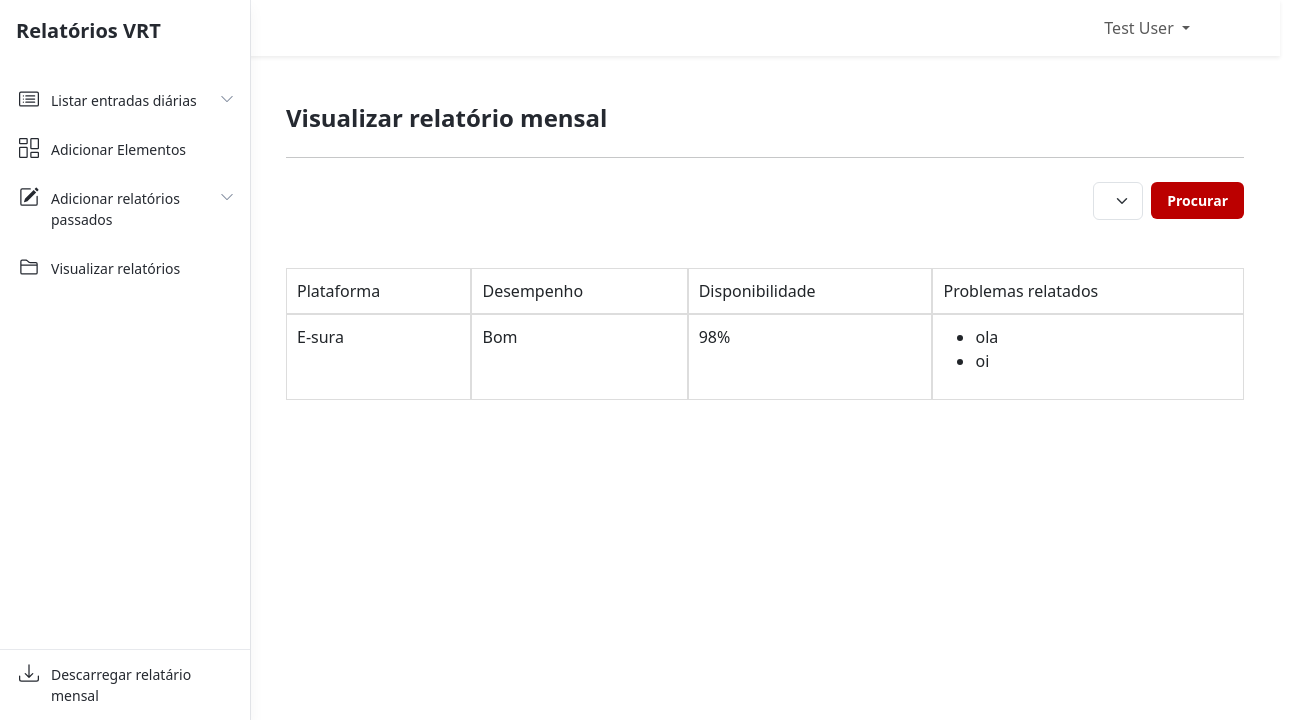
Repository: Yolanda-Marchone/Relatorios
Page: http://localhost/ver_relatorio
The author's editor kept a copy of each file at every save. The page is drawn from the files as they stood at one save, then again after a run of saves.
The browser window is 1280 px wide. The page is 1292 px wide, so the pictures cover 1292 px, including what lies to the right of the window. The pictures show the whole page.
The page is served by the project's Laravel application, run on PHP 8.4 with Laravel 10. A made-up administrator, Test User (test@example.com), is signed in. Style sheets and scripts are compiled from the project's sources, by tool versions that may differ from the author's. Queries for data that is not in the repository find no rows.

Above is the page before, as saved 2024-05-23 11:59:10.

After the next 2 saves:
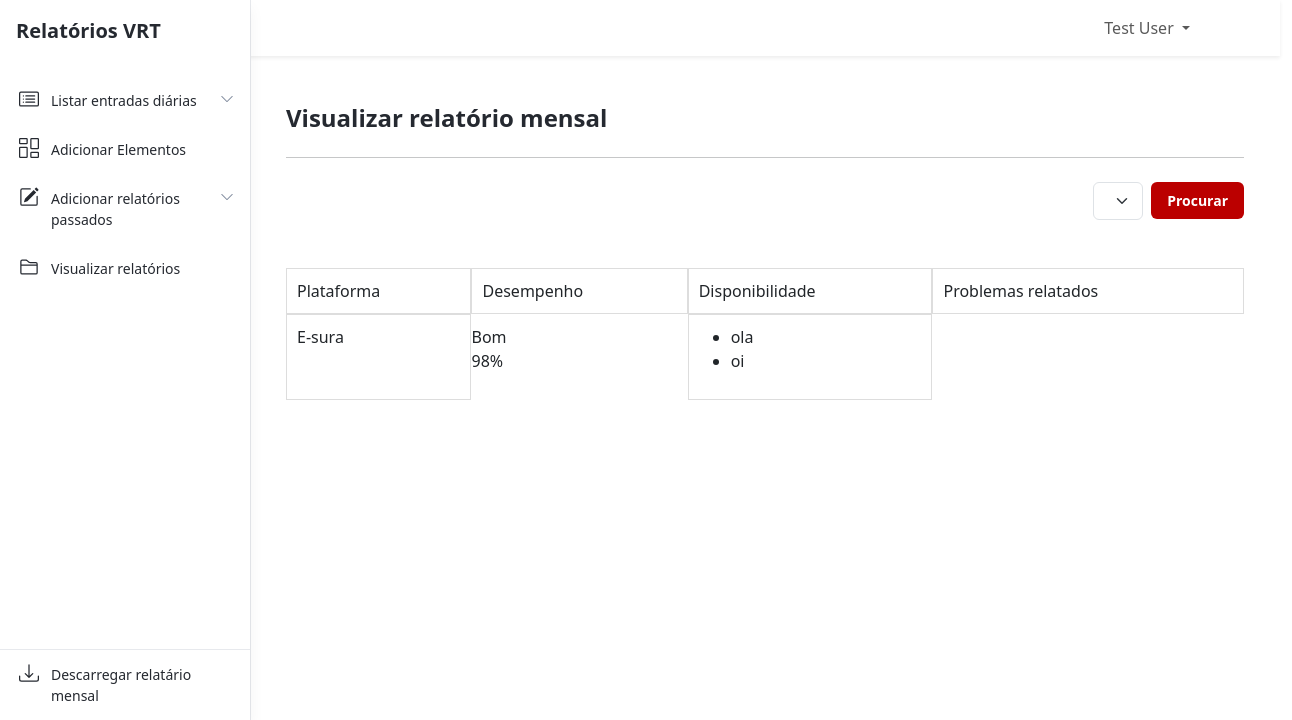
The 2 saves are shown as one change because they came seconds apart.
The last was saved 7 s later.
--- a/resources/views/layouts/ver_relatorios.blade.php
+++ b/resources/views/layouts/ver_relatorios.blade.php
@@ -60,8 +60,8 @@
         <div class="table-row">
 
     <div class="table-cell">E-sura</div>
-    <div class="table-cell">Bom</div>
-    <div class="table-cell">98%</div>
+    <div class="table-cell-centel">Bom</div>
+    <div class="table-cell-cente">98%</div>
     <div class="table-cell">
 
     <ul>
